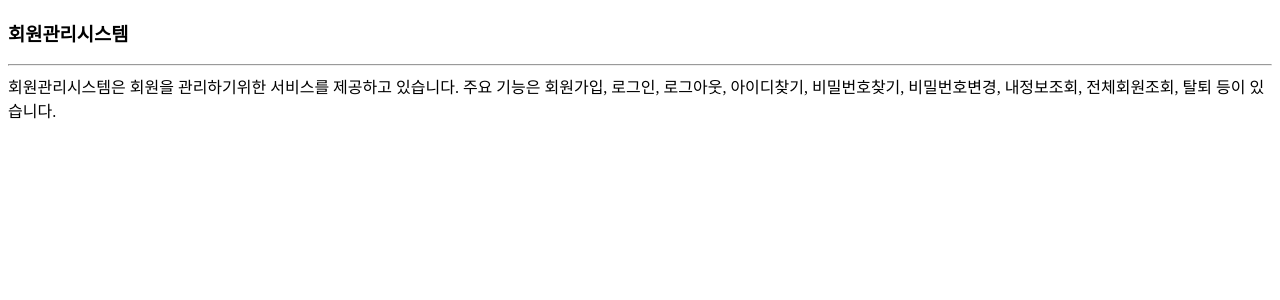
Repository: helloJunejun/WorkSpace_WebUi
Page: 0.1html_basic/src/main/webapp/WEB-INF/index.html
These files come from the project's save history. The page is drawn as it stood at one moment and after the next save; the edit follows.
The browser window is 1280 px wide. The pictures show the whole page.

Above is the page before, as saved 2021-06-23 06:27:11.

After the next save:
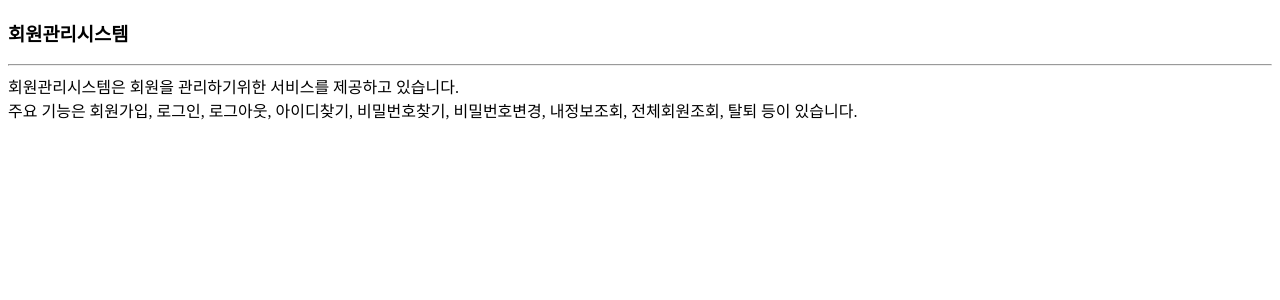
Saved 3 min 0 s later.
--- a/0.1html_basic/src/main/webapp/WEB-INF/index.html
+++ b/0.1html_basic/src/main/webapp/WEB-INF/index.html
@@ -7,7 +7,7 @@
 <body>
 <h3>회원관리시스템</h3>
 <hr>
-회원관리시스템은 회원을 관리하기위한 서비스를 제공하고 있습니다.
+회원관리시스템은 회원을 관리하기위한 서비스를 제공하고 있습니다.<br>
 주요 기능은 회원가입, 로그인, 로그아웃, 아이디찾기, 비밀번호찾기, 비밀번호변경, 내정보조회, 전체회원조회, 탈퇴 등이 있습니다.
 </body>
 </html>
